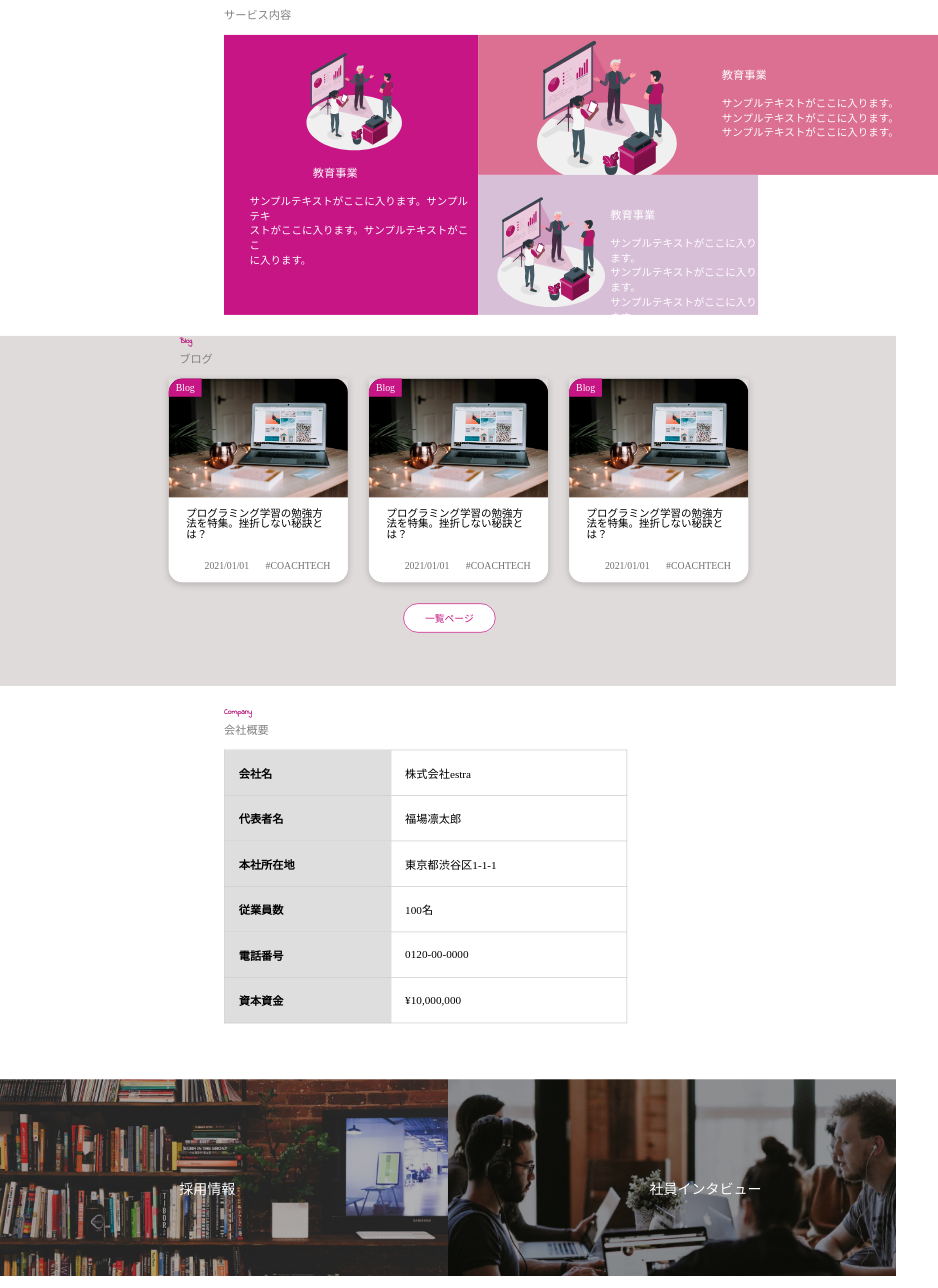
Repository: sigemasaasuka/20210902
Page: index.html
An editor plug-in stored every save of this project. The page is shown before and after a run of saves, followed by the edit.
The browser window is 1280 px wide. The page is 1340 px wide, so the pictures cover 1340 px, including what lies to the right of the window. The pictures show the part of the page from y = 1237 to 3077 px (the page is 3297 px tall before and 3242 px after), at 70% of full size.

Above is the page before, as saved 2021-10-06 12:33:01.

After the next 2 saves:
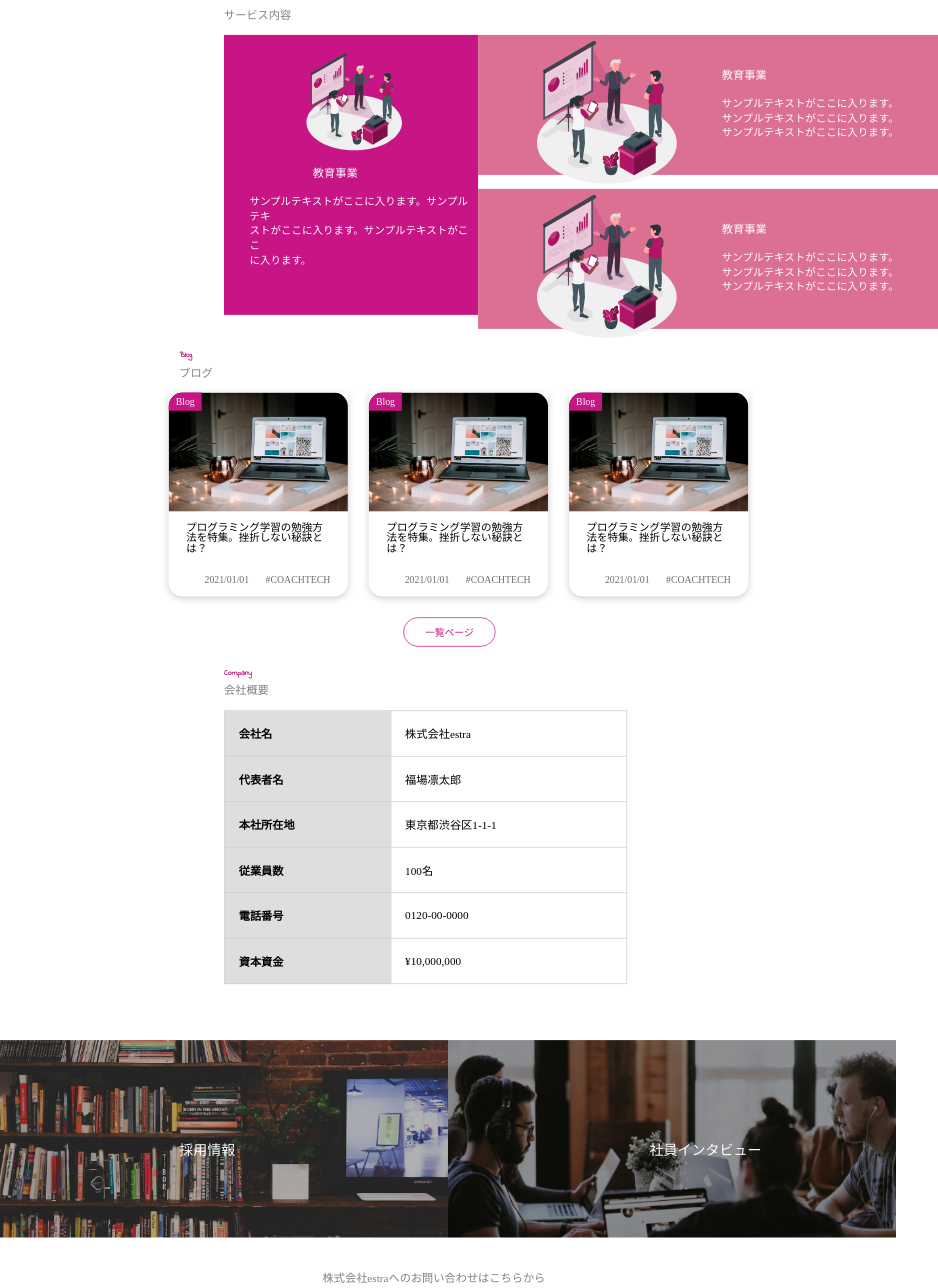
The 2 saves are shown as one change because they came seconds apart.
The last was saved 33 s later.
--- a/css/style.css
+++ b/css/style.css
@@ -238,8 +238,12 @@
 .colored {
   display: flex;
   background-color: #d8bfd8;
-  width: 400px;
-  height: 200px;
+ display: flex;
+    background-color: #db7093;
+    margin-top: 20px;
+    width: 110%;
+    height: 200px;
+}
 }
 
 .colored-blog {
